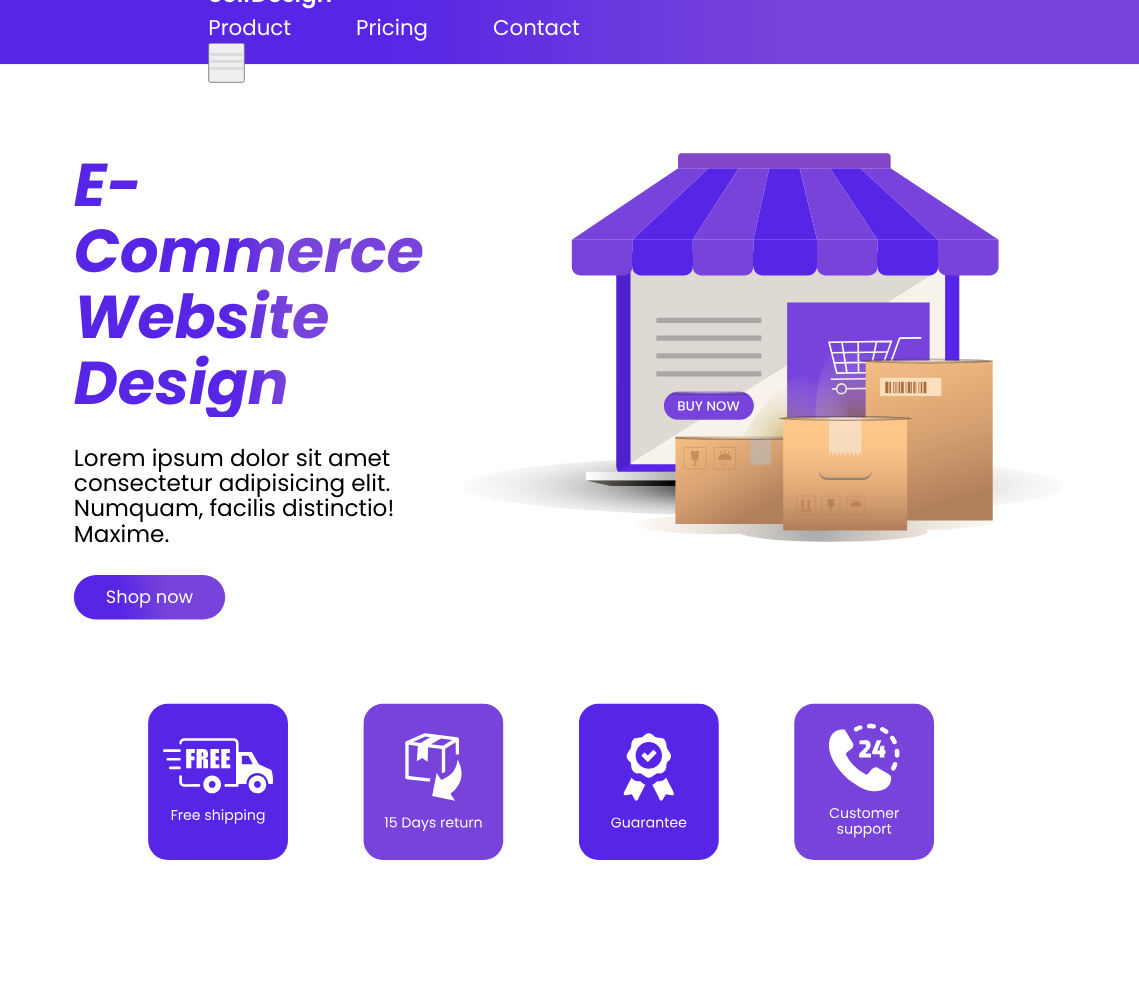
Repository: NatiqSamiyev/commers-desing-JS
Page: index.html
The author's editor kept a copy of each file at every save. The page is drawn from the files as they stood at one save, then again after a run of saves.
The browser window is 1280 px wide. The pictures show the whole page, at 89% of full size.
Some web fonts or font styles are not loaded; a fallback is used.

Above is the page before, as saved 2023-11-06 11:57:05.

### index.html
<!DOCTYPE html>
<html lang="en">
  <head>
    <meta charset="UTF-8" />
    <meta name="viewport" content="width=device-width, initial-scale=1.0" />
    <title>Document</title>
    <link rel="stylesheet" href="index.css" />
  </head>
  <body>
    <div class="commerse-design-container">
      <div class="top-container">


        <nav>
          <h1>SeifDesign</h1>
          <ul>
            <li>
              <a href="#">Product</a>
            </li>
            <li>
              <a href="#">Pricing</a>
            </li>
            <li>
              <a href="#">Contact</a>
            </li>
          </ul>
          <button>
            <img src="./image/Frame 1.svg" alt="">
          </button>
        </nav>


      </div>

      <main>
        <div class="image-container">
          <div class="box-1">
            <h2>E-Commerce Website Design</h2>
            <p>
              Lorem ipsum dolor sit amet consectetur adipisicing elit. Numquam,
              facilis distinctio! Maxime.
            </p>
            <button>
              <a href="#">Shop now</a>
            </button>
          </div>

          <div class="box-2">
            <img src="./image/Group.svg" alt="" />
          </div>
        </div>


        <div class="bottom-container">
          <div class="box-1">
            <img src="./image/Frame 12.svg" alt="" />
            <img src="./image/Frame 11.svg" alt="" />
          </div>
         <div class="box-2">
          <img src="./image/Frame 10.svg" alt="" />
          <img src="./image/Frame 13.svg" alt="" />
         </div>

        </div>
      </main>


  </body>
  <script src="./index.js"></script>
</html>

### index.css
@import url("https://fonts.googleapis.com/css2?family=Epilogue:wght@400;600;700;800;900&family=Inter:wght@400;500;600;700&family=Laila:wght@700&family=Open+Sans:wght@400;600;700;800&family=Poppins:ital,wght@0,400;0,500;0,600;0,700;1,700&family=Roboto+Slab:wght@700&family=Roboto:wght@400;700;900&display=swap");

* {
  margin: 0;
  padding: 0;
  box-sizing: border-box;
}

.commerse-design-container {
  width: 100%;
  padding: 0 0 33px 0;
  min-height: 100vh;
}

.top-container {
  width: 100%;
  padding: 16px 0 21px 34px;
  height: 72px;
  display: flex;
  justify-content: flex-start;
  align-items: center;
  background: linear-gradient(270deg, #7743db 31.64%, #5725e5 66.78%);
}

.top-container h1 {
  color: #fff;
  font-family: Poppins;
  font-size: 26px;
  font-style: normal;
  font-weight: 600;
  line-height: normal;
}

.top-container nav {
  margin-left: 200px;
}

.top-container nav ul {
  display: flex;
}

.top-container nav ul li {
  margin-right: 73px;
  list-style-type: none;
}

.top-container nav ul li a {
  text-decoration: none;
  color: #fff;
  text-align: center;
  font-family: Poppins;
  font-size: 24px;
  font-style: normal;
  font-weight: 300;
  line-height: normal;
}



main {
  width: 100%;
  padding: 100px 83px;

}
main .image-container{
  margin-bottom: 83px;
  display: flex;
  justify-content: space-between;
}

main .image-container .box-1 {
  /* padding: 3px 34px;
  height: 403px; */
}

.box-1 h2 {
  margin-bottom: 32px;
  font-family: Poppins;
  font-size: 68px;
  font-style: italic;
  font-weight: 700;
  line-height: 109%;
  background: linear-gradient(268deg, #7743db 46.2%, #5725e5 59.09%);
  background-clip: text;
  -webkit-background-clip: text;
  -webkit-text-fill-color: transparent;
}

.box-1 p {
  margin-bottom: 32px;
  color: #000;
  font-family: Poppins;
  font-size: 26px;
  font-style: normal;
  font-weight: 300;
  line-height: 109%;
}

.box-1 button {
  width: 170px;
  height: 50px;
  padding: 0px 24px;
  display: flex;
  justify-content: center;
  align-items: center;
  gap: 10px;
  border-radius: 25px;
  background: linear-gradient(263deg, #7743db 38.81%, #5725e5 70.24%);
  border: none;
}

.box-1 button a {
  text-decoration: none;
  color: #fff;
  font-family: Poppins;
  font-size: 20px;
  font-style: normal;
  font-weight: 400;
  line-height: 109%;
}

.box-2 img {
  width: 677.61px;
  height: 437.417px;
}

.bottom-container {
  display: flex;
  justify-content: center;
}

.bottom-container img {
  margin-right: 64px;
  width: 178px;
  height: 199px;
  padding: 10px;
  border-radius: 25px;
}
.bottom-container .box-1{
  display: flex;
}

.bottom-container .box-2{
  display: flex;
}
/* mobile design */

@media screen and (max-width: 768px) {
  .commerse-design-container {
    background-color: #ececec;
  }

  .top-container {
    /* padding: 17.5px 20px/; */
    justify-content: space-between;
  }

  .top-container h1 {
    font-size: 18px;
  }

  .top-container nav {
    display: none;
  }



  main {
    padding: 60px 20px;
    margin-bottom: 0;

  }

  .image-container  .box-2 {
    margin-bottom: 29px;
    display: flex;
    justify-content: center;
    align-items: center;
  }
 .image-container {
  flex-direction: column-reverse;
 }
 .image-container   .box-2 img {
    width: 352px;
    height: 256.511px;
  }

 .image-container .box-1 {
    width: 100%;
    /* padding: 0; */
    /* height: 312px; */
    display: flex;
    justify-content: center;
    flex-direction: column;
    align-items: center;
  }

 .image-container .box-1 h2 {
    width: 390px;
    text-align: center;
    font-size: 40px;
  }

  .box-1 p {

    text-align: center;
    font-size: 20px;
  }

  .bottom-container {
    margin-top: 46px;
    display: flex;
    flex-direction: column;
  }
  .bottom-container  .box-2{
    flex-direction: row-reverse;
    justify-content: center;
  }
  .bottom-container  .box-1{

    justify-content: center;
  }
  .bottom-container img {
    width: 160px;
    height: 180px;
    margin-right: 20px;
  }

  .box-1 button {
    margin-bottom: 0;
  }
}

Loaded but not shown: index.js (no stored copy; drawn as an empty file)

After the next 2 saves:
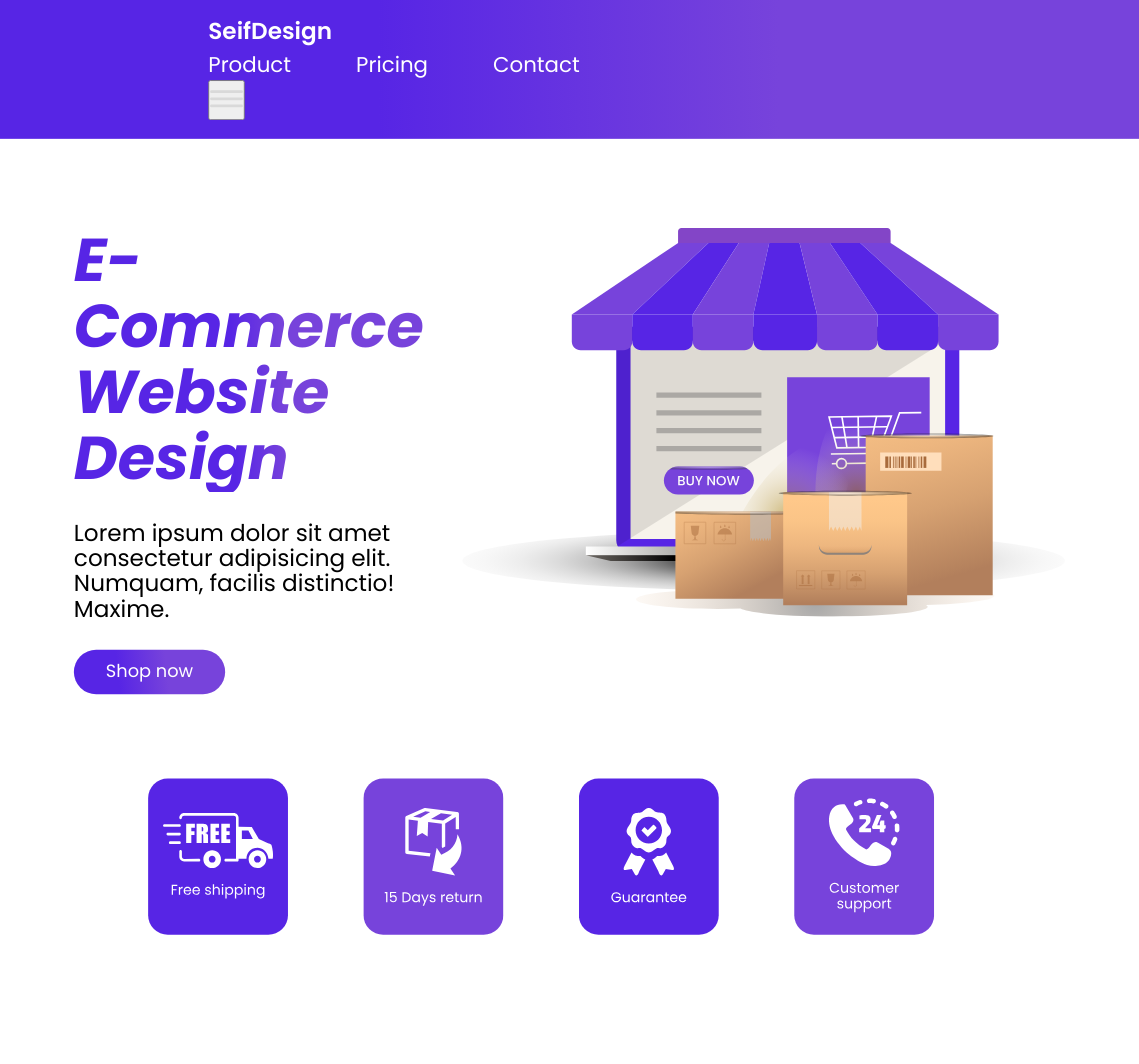
The 2 saves are shown as one change because they came seconds apart.
The last was saved 12 s later.
--- a/index.css
+++ b/index.css
@@ -15,9 +15,9 @@
 .top-container {
   width: 100%;
   padding: 16px 0 21px 34px;
-  height: 72px;
-  display: flex;
-  justify-content: flex-start;
+
+  display: flex;
+
   align-items: center;
   background: linear-gradient(270deg, #7743db 31.64%, #5725e5 66.78%);
 }
